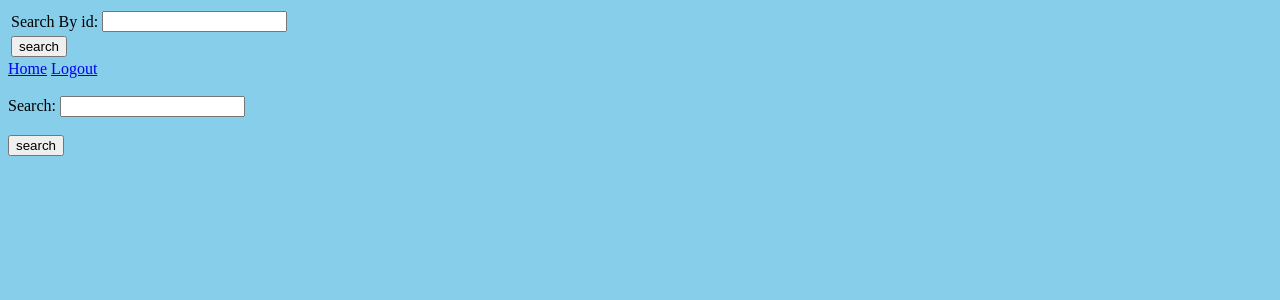
Repository: pawankumarsharm/UST_JDBC_SERVLET
Page: jdbc/empwebapp/WebContent/search.html
These files come from the project's save history. The page is drawn as it stood at one moment and after the next save; the edit follows.
The browser window is 1280 px wide. The pictures show the whole page.

Above is the page before, as saved 2019-11-15 09:26:20.

After the next save:
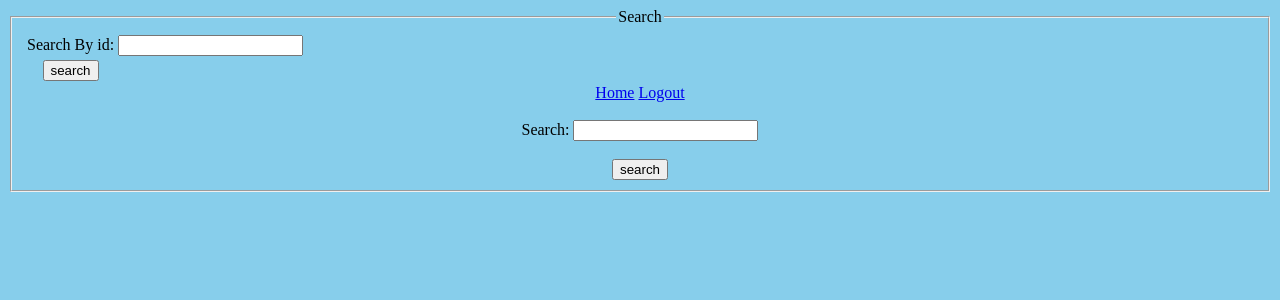
Saved 2 min 0 s later.
--- a/jdbc/empwebapp/WebContent/search.html
+++ b/jdbc/empwebapp/WebContent/search.html
@@ -5,6 +5,8 @@
 <title>Insert title here</title>
 </head>
 <body bgcolor="skyblue">
+<fieldset align="center">
+<legend>Search</legend>
 <form action="">
 <table>
 <tr>
@@ -26,6 +28,6 @@
 		<input type="submit" value ="search"><br>
 
 	</form>
-
+</fieldset>
 </body>
 </html>
